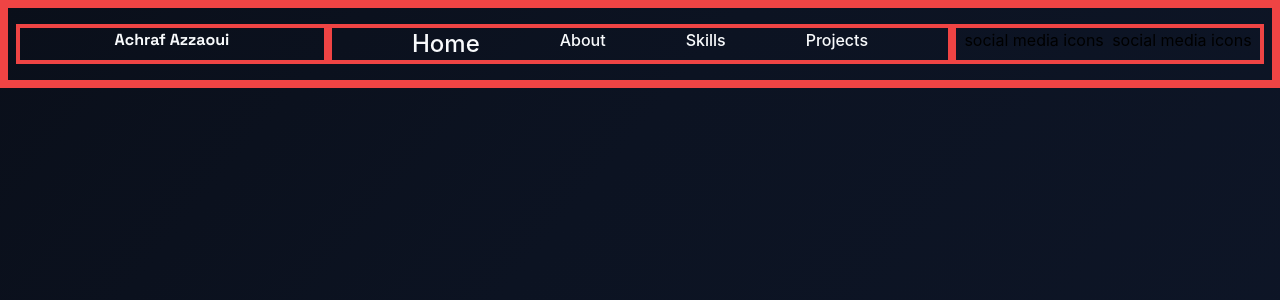
Repository: AchrafAzzaoui/Portfolio-Website
Page: / (app in achrafs-portfolio/)
An editor plug-in stored every save of this project. The page is shown before and after the next save, followed by the edit.
The browser window is 1280 px wide. The pictures show the whole page.
Some web fonts or font styles are not loaded; a fallback is used. The project was rebuilt for these pictures with package versions that can differ from the ones it lists, and the page was loaded fresh each time. Also part of the build but not shown: achrafs-portfolio/vite.config.ts.

Above is the page before, as saved 2025-01-02 21:35:06.

After the next save:
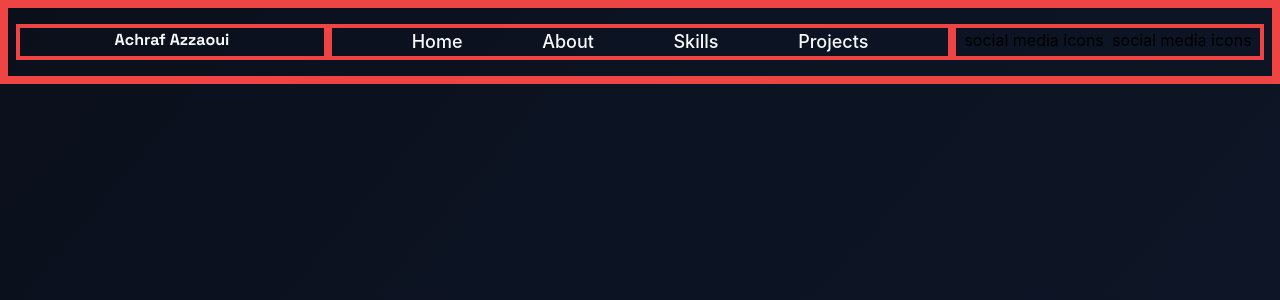
Saved 17 s later.
--- a/achrafs-portfolio/src/components/layout/Header.tsx
+++ b/achrafs-portfolio/src/components/layout/Header.tsx
@@ -12,25 +12,25 @@ export default function Header() {
         <div className="basis-2/4 flex-auto flex justify-evenly align-middle border-4 border-red-500">
           <a
             href="#home"
-            className="font-sans font-medium text-dark-text-primary text-2xl"
+            className="font-sans font-medium text-dark-text-primary text-lg"
           >
             Home
           </a>
           <a
             href="#about"
-            className="font-sans font-medium text-dark-text-primary"
+            className="font-sans font-medium text-dark-text-primary text-lg"
           >
             About
           </a>
           <a
             href="#skills"
-            className="font-sans font-medium text-dark-text-primary"
+            className="font-sans font-medium text-dark-text-primary text-lg"
           >
             Skills
           </a>
           <a
             href="#projects"
-            className="font-sans font-medium text-dark-text-primary"
+            className="font-sans font-medium text-dark-text-primary text-lg"
           >
             Projects
           </a>
